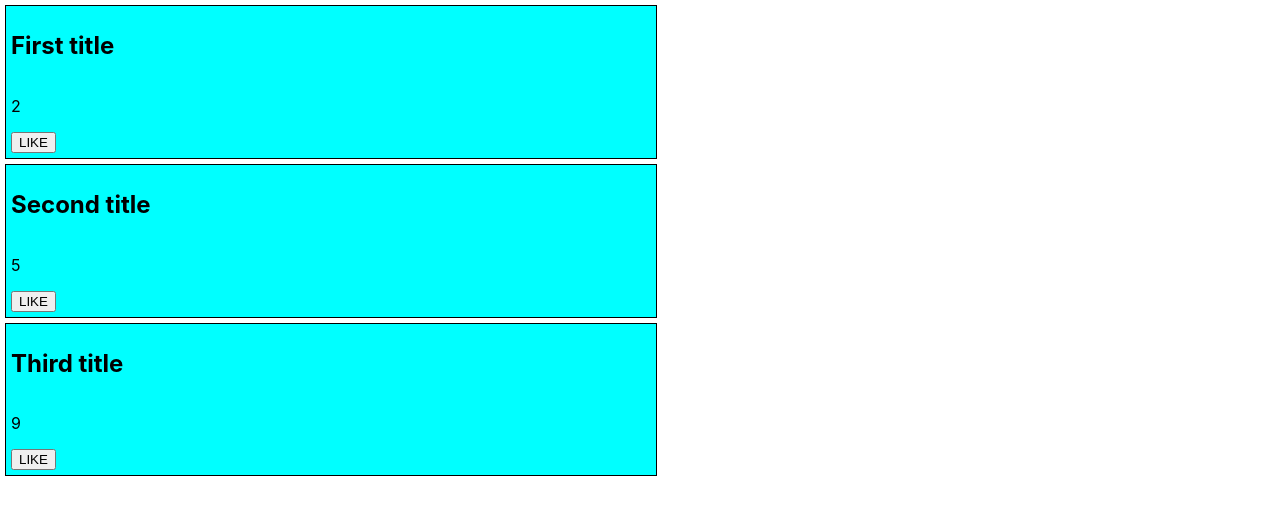
Repository: asapvtec98/egzamin
Page: /
An editor plug-in stored every save of this project. The page is shown before and after the next save, followed by the edit.
The browser window is 1280 px wide. The pictures show the whole page.
The project was rebuilt for these pictures with package versions that can differ from the ones it lists, and the page was loaded fresh each time.

Above is the page before, as saved 2023-11-14 09:47:43.

After the next save:
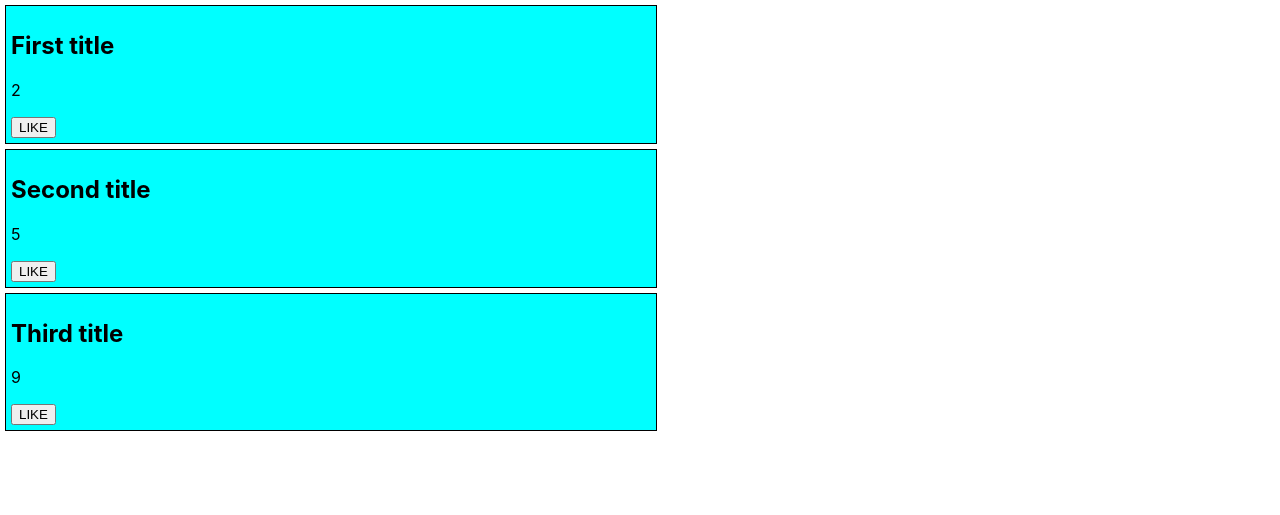
Saved 7 s later.
--- a/src/components/Comment.css
+++ b/src/components/Comment.css
@@ -7,5 +7,5 @@
 }
 
 .inline {
-    display: flex;
+    display: inline;
 }
